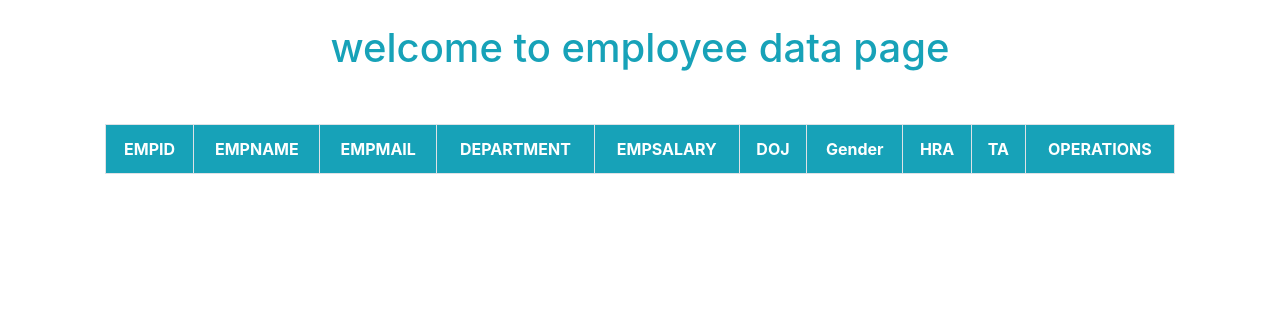
Repository: lokeshsukhwal/EmployeeMiniProject
Page: http://localhost/EmployeeData
These files come from the project's save history. The page is drawn as it stood at one moment and after the next save; the edit follows.
The browser window is 1280 px wide. The pictures show the whole page.
The page is this project's Thymeleaf template; nobody is signed in. The template is opened directly, without the code that normally fills it, so the values that code supplies are empty.

Above is the page before, as saved 2023-01-18 16:07:02.

After the next save:
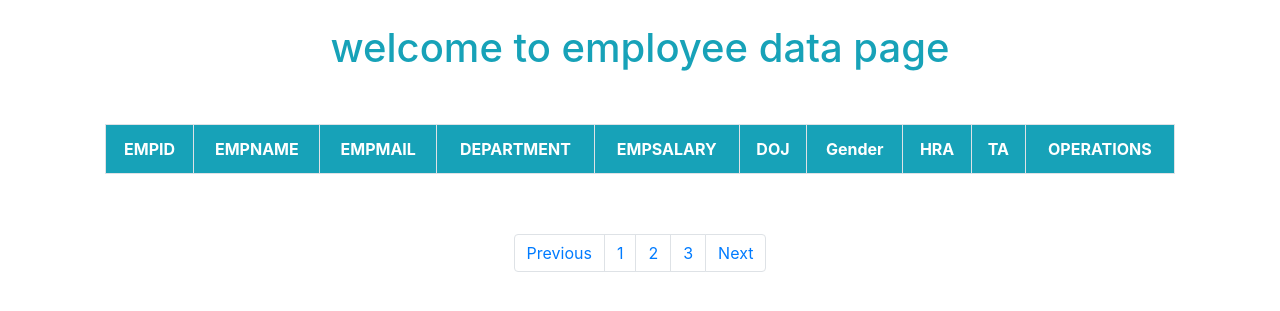
Saved 16 min 30 s later.
--- a/SpringBootMvc-ThymeleafMySqlCrudMiniProject/src/main/resources/templates/EmployeeData.html
+++ b/SpringBootMvc-ThymeleafMySqlCrudMiniProject/src/main/resources/templates/EmployeeData.html
@@ -45,5 +45,15 @@
 	</div>
 	<h4 class="bg-success text-white mt-4 text-center">[[${message}]]</h4>
 	</div>
+
+	<nav aria-label="Page navigation example">
+		<ul class="pagination justify-content-center">
+			<li class="page-item"><a class="page-link" href="#">Previous</a></li>
+			<li class="page-item"><a class="page-link" href="#">1</a></li>
+			<li class="page-item"><a class="page-link" href="#">2</a></li>
+			<li class="page-item"><a class="page-link" href="#">3</a></li>
+			<li class="page-item"><a class="page-link" href="#">Next</a></li>
+		</ul>
+	</nav>
 </body>
 </html>
